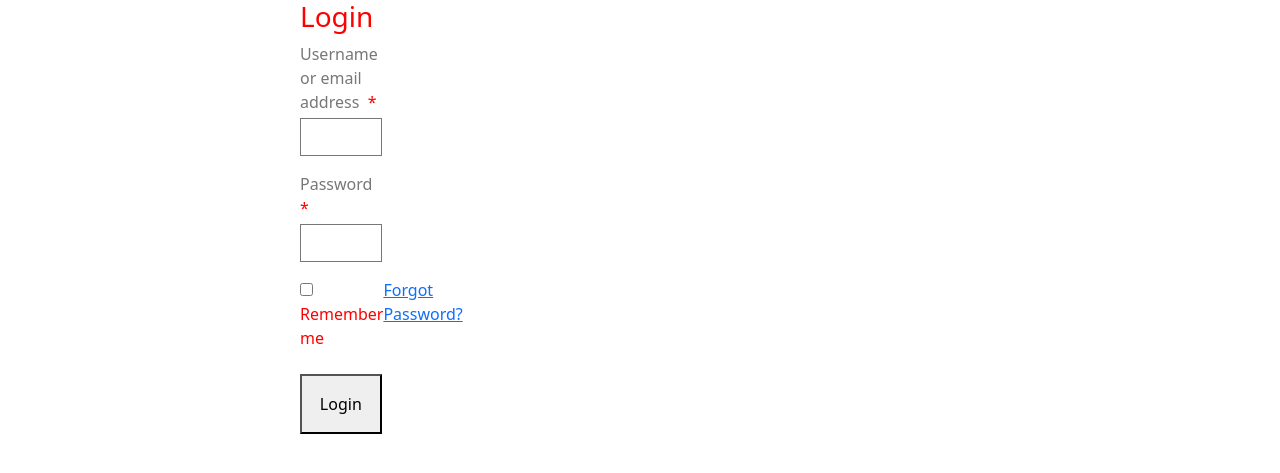
Repository: NguyenDo13/BE2-NhomH
Page: module-20,21/index.html
The author's editor kept a copy of each file at every save. The page is drawn from the files as they stood at one save, then again after a run of saves.
The browser window is 1280 px wide. The pictures show the whole page.

Above is the page before, as saved 2022-05-21 07:34:57.

After the next 2 saves:
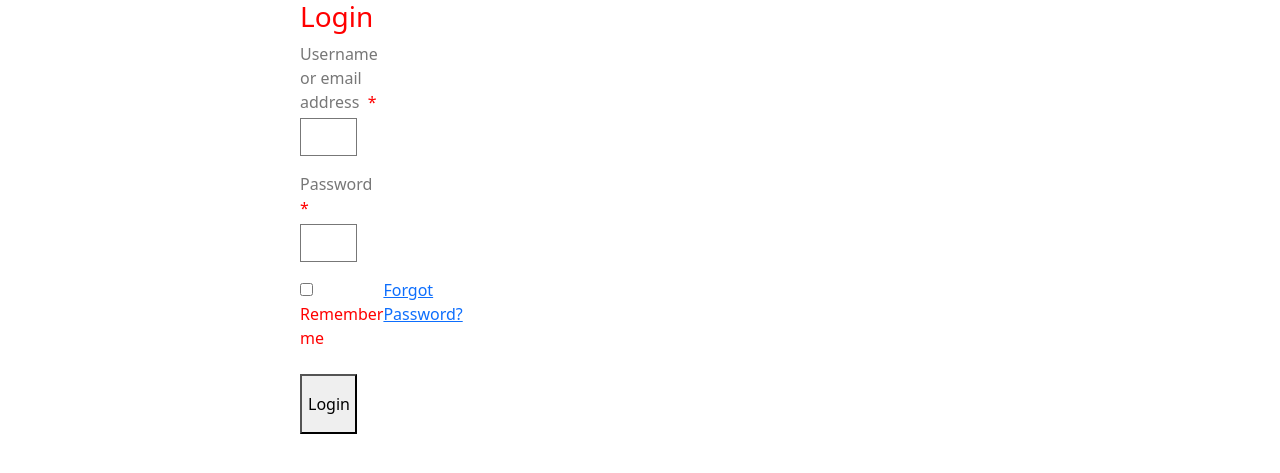
The 2 saves are shown as one change because they came seconds apart.
The last was saved 33 s later.
--- a/module-20,21/index/public/css/style.css
+++ b/module-20,21/index/public/css/style.css
@@ -25,6 +25,7 @@
 .u-columns {
     color: red !important;
     padding-left: 300px;
+    padding-right: 300px;
 }
 
 body {}
